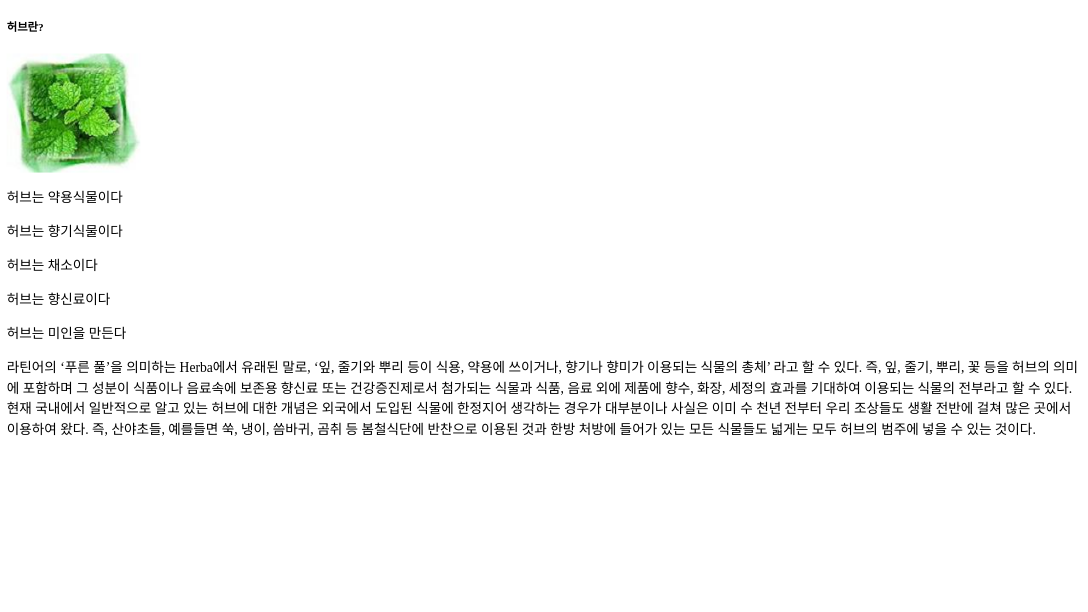
Repository: gus-123/Edu_KCC_HTML
Page: CSS/WebContent/position.html
An editor plug-in stored every save of this project. The page is shown before and after the next save, followed by the edit.
The browser window is 1280 px wide. The pictures show the whole page, at 85% of full size.

Above is the page before, as saved 2024-07-09 06:11:38.

### CSS/WebContent/position.html
<?xml version="1.0" encoding="EUC-KR" ?>
<!DOCTYPE html PUBLIC "-//W3C//DTD XHTML 1.0 Transitional//EN" "http://www.w3.org/TR/xhtml1/DTD/xhtml1-transitional.dtd">
<html xmlns="http://www.w3.org/1999/xhtml">
<head>
<meta http-equiv="Content-Type" content="text/html; charset=EUC-KR" />
<title>Insert title here</title>
<style type="text/css">

</style>
</head>
<body>
<h5>허브란?</h5>
<img src="images/balm.jpg" id="balm"/>

<div id="sidebar">
 <p id="sidetext">허브는 약용식물이다</p>
 <p id="sidetext">허브는 향기식물이다</p>
 <p id="sidetext">허브는 채소이다</p>
 <p id="sidetext">허브는 향신료이다</p>
 <p id="sidetext">허브는 미인을 만든다</p>
</div>

<div id="content">
 <p>라틴어의 ‘푸른 풀’을 의미하는 Herba에서 유래된 말로, ‘잎, 줄기와 뿌리 등이 식용, 약용에 쓰이거나, 향기나 향미가 이용되는 식물의 총체’ 라고 할 수 있다. 즉, 잎, 줄기, 뿌리, 꽃 등을 허브의 의미에 포함하며 그 성분이 식품이나 음료속에 보존용 향신료 또는 건강증진제로서 첨가되는 식물과 식품, 음료 외에 제품에 향수, 화장, 세정의 효과를 기대하여 이용되는 식물의 전부라고 할 수 있다.현재 국내에서 일반적으로 알고 있는 허브에 대한 개념은 외국에서 도입된 식물에 한정지어 생각하는 경우가 대부분이나 사실은 이미 수 천년 전부터 우리 조상들도 생활 전반에 걸쳐 많은 곳에서 이용하여 왔다. 즉, 산야초들, 예를들면 쑥, 냉이, 씀바귀, 곰취 등 봄철식단에 반찬으로 이용된 것과 한방 처방에 들어가 있는 모든 식물들도 넓게는 모두 허브의 범주에 넣을 수 있는 것이다.</p>
</div>
</body>
</html>

After the next save:
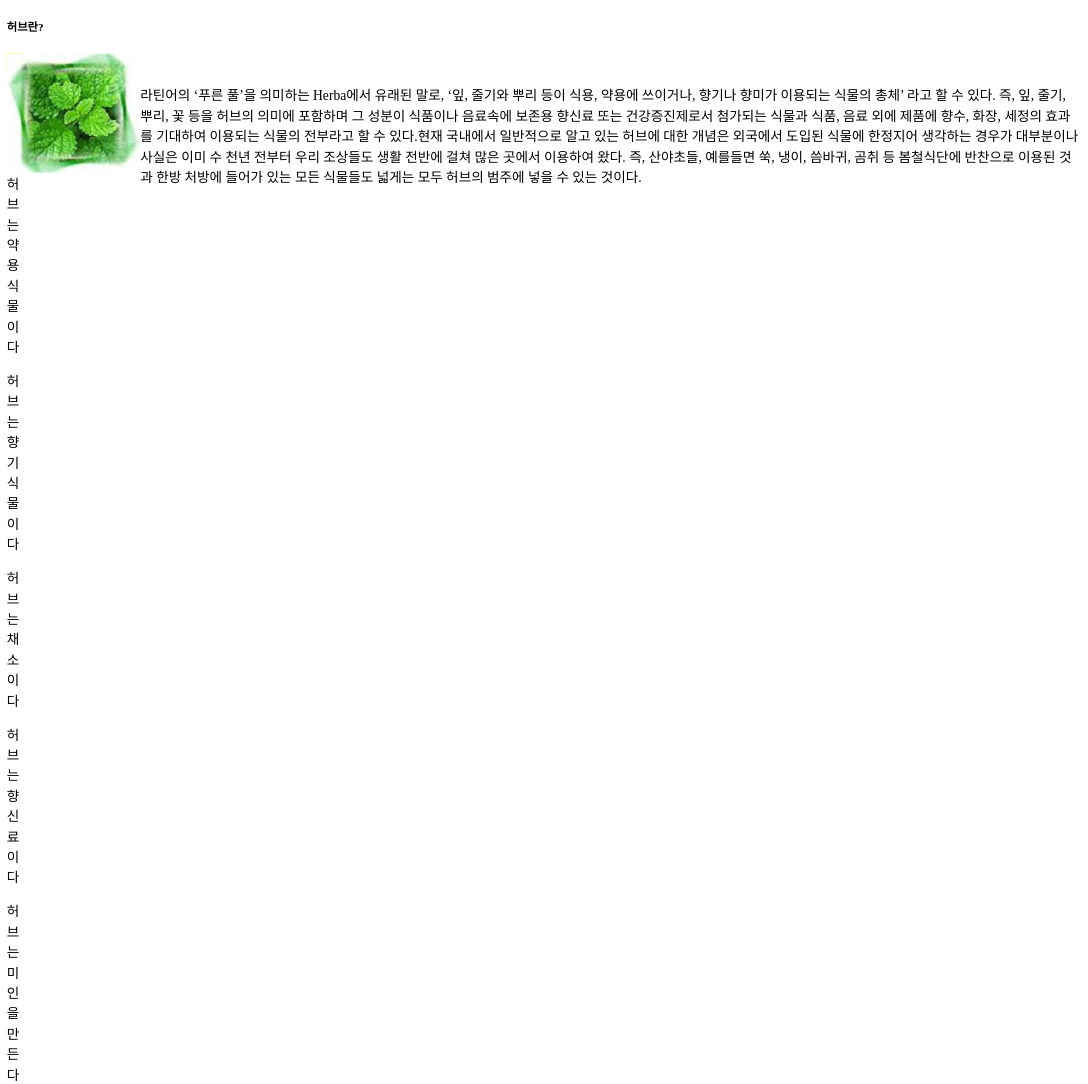
Saved 8 min 21 s later.
--- a/CSS/WebContent/position.html
+++ b/CSS/WebContent/position.html
@@ -5,23 +5,37 @@
 <meta http-equiv="Content-Type" content="text/html; charset=EUC-KR" />
 <title>Insert title here</title>
 <style type="text/css">
+#balm {
+	float: left;
+}
 
+#sidebar {
+	width: 20px;
+	height: 20px;
+	background-color: yellow;
+}
 </style>
 </head>
 <body>
-<h5>허브란?</h5>
-<img src="images/balm.jpg" id="balm"/>
+	<h5>허브란?</h5>
+	<img src="images/balm.jpg" id="balm" />
 
-<div id="sidebar">
- <p id="sidetext">허브는 약용식물이다</p>
- <p id="sidetext">허브는 향기식물이다</p>
- <p id="sidetext">허브는 채소이다</p>
- <p id="sidetext">허브는 향신료이다</p>
- <p id="sidetext">허브는 미인을 만든다</p>
-</div>
+	<div id="sidebar">
+		<p id="sidetext">허브는 약용식물이다</p>
+		<p id="sidetext">허브는 향기식물이다</p>
+		<p id="sidetext">허브는 채소이다</p>
+		<p id="sidetext">허브는 향신료이다</p>
+		<p id="sidetext">허브는 미인을 만든다</p>
+	</div>
 
-<div id="content">
- <p>라틴어의 ‘푸른 풀’을 의미하는 Herba에서 유래된 말로, ‘잎, 줄기와 뿌리 등이 식용, 약용에 쓰이거나, 향기나 향미가 이용되는 식물의 총체’ 라고 할 수 있다. 즉, 잎, 줄기, 뿌리, 꽃 등을 허브의 의미에 포함하며 그 성분이 식품이나 음료속에 보존용 향신료 또는 건강증진제로서 첨가되는 식물과 식품, 음료 외에 제품에 향수, 화장, 세정의 효과를 기대하여 이용되는 식물의 전부라고 할 수 있다.현재 국내에서 일반적으로 알고 있는 허브에 대한 개념은 외국에서 도입된 식물에 한정지어 생각하는 경우가 대부분이나 사실은 이미 수 천년 전부터 우리 조상들도 생활 전반에 걸쳐 많은 곳에서 이용하여 왔다. 즉, 산야초들, 예를들면 쑥, 냉이, 씀바귀, 곰취 등 봄철식단에 반찬으로 이용된 것과 한방 처방에 들어가 있는 모든 식물들도 넓게는 모두 허브의 범주에 넣을 수 있는 것이다.</p>
-</div>
+	<div id="content">
+		<p>라틴어의 ‘푸른 풀’을 의미하는 Herba에서 유래된 말로, ‘잎, 줄기와 뿌리 등이 식용, 약용에 쓰이거나,
+			향기나 향미가 이용되는 식물의 총체’ 라고 할 수 있다. 즉, 잎, 줄기, 뿌리, 꽃 등을 허브의 의미에 포함하며 그 성분이
+			식품이나 음료속에 보존용 향신료 또는 건강증진제로서 첨가되는 식물과 식품, 음료 외에 제품에 향수, 화장, 세정의 효과를
+			기대하여 이용되는 식물의 전부라고 할 수 있다.현재 국내에서 일반적으로 알고 있는 허브에 대한 개념은 외국에서 도입된 식물에
+			한정지어 생각하는 경우가 대부분이나 사실은 이미 수 천년 전부터 우리 조상들도 생활 전반에 걸쳐 많은 곳에서 이용하여 왔다.
+			즉, 산야초들, 예를들면 쑥, 냉이, 씀바귀, 곰취 등 봄철식단에 반찬으로 이용된 것과 한방 처방에 들어가 있는 모든
+			식물들도 넓게는 모두 허브의 범주에 넣을 수 있는 것이다.</p>
+	</div>
 </body>
 </html>
